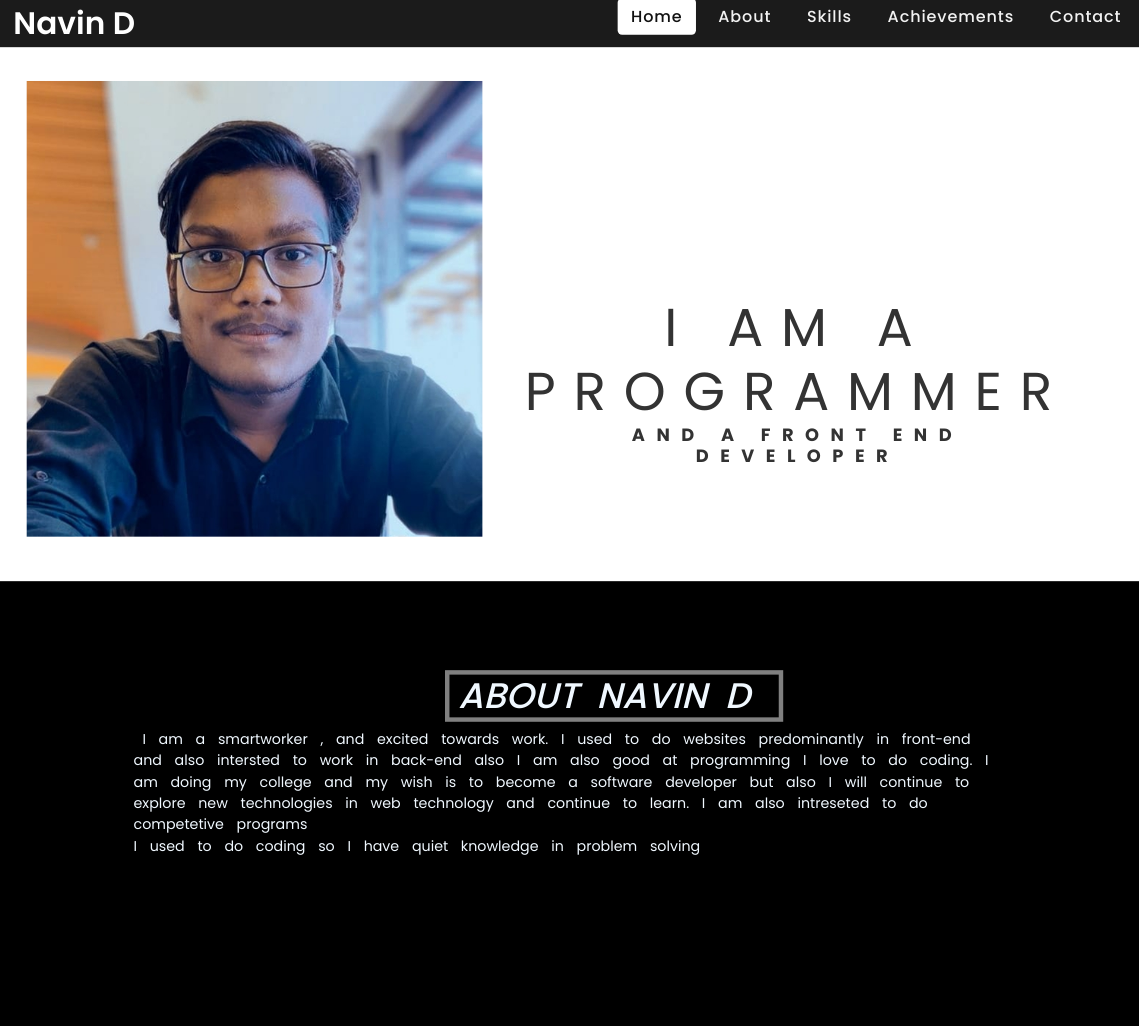
Repository: NavinDayanithi/OIBSIP
Page: Portfolio/index.html
The author's editor kept a copy of each file at every save. The page is drawn from the files as they stood at one save, then again after a run of saves.
The browser window is 1280 px wide. The pictures show the whole page, at 89% of full size.

Above is the page before, as saved 2023-02-20 19:19:30.
Console error: TypeError: Cannot read properties of undefined (reading 'fn')

After the next 2 saves:
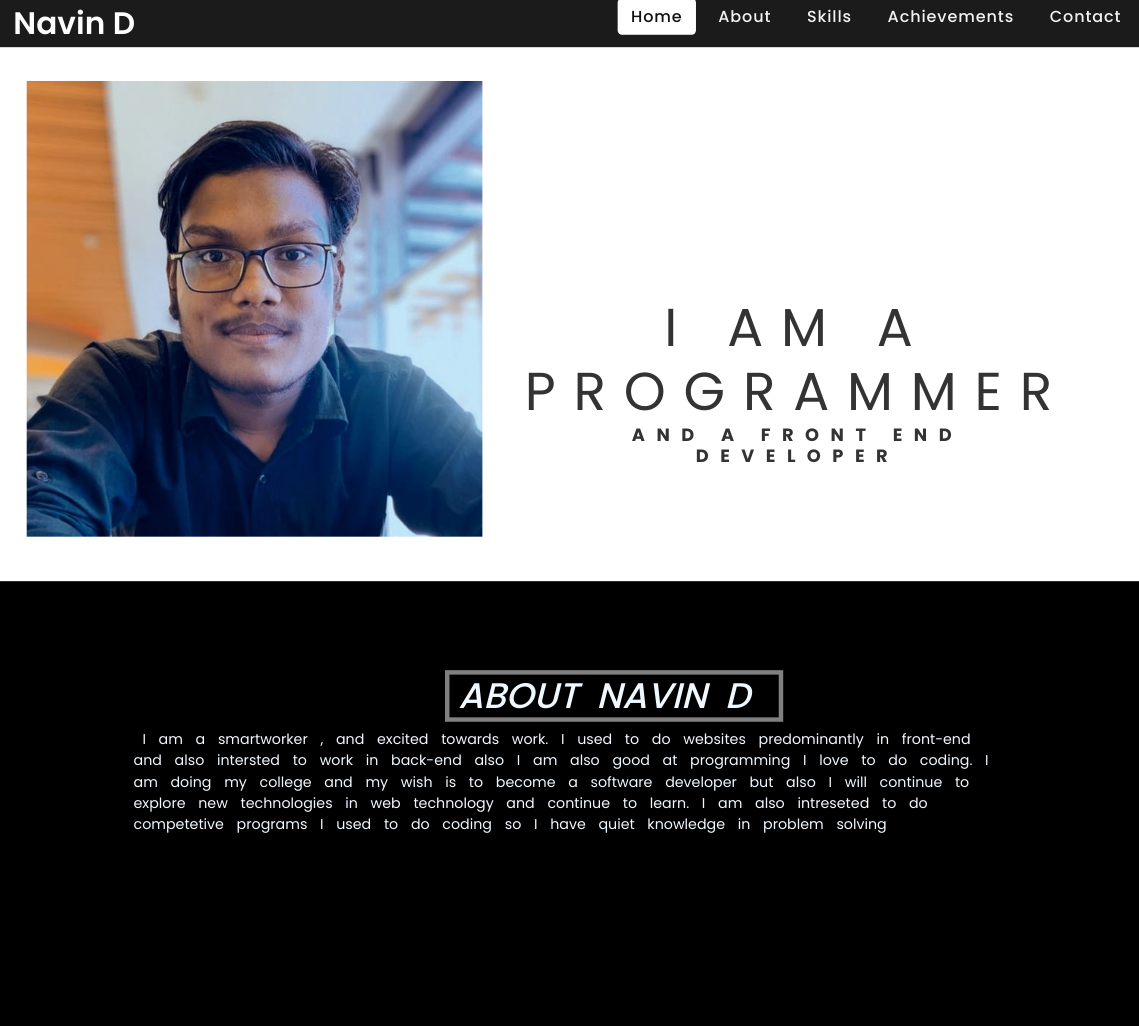
The 2 saves are shown as one change because they came seconds apart.
The last was saved 8 s later.
--- a/Portfolio/index.html
+++ b/Portfolio/index.html
@@ -45,7 +45,8 @@
          <p> I am a smartworker , and excited towards work.
              I used to do websites predominantly in front-end
              and also intersted to work in back-end also
-             I am also good at programming I love to do coding. I am doing my college and my wish is to become a software developer but also I will continue to explore new technologies in web technology and continue to learn. I am also intreseted to do competetive programs <br/>I used to do coding so I have quiet knowledge in problem solving  </p>
+             I am also good at programming I love to do coding. I am doing my college and my wish is to become a software developer but also I will continue to explore new technologies in web technology and continue to learn. I am also intreseted to do competetive programs I used to do coding so I have quiet knowledge in problem solving
+             </p>
       </div>
 
     </body>
